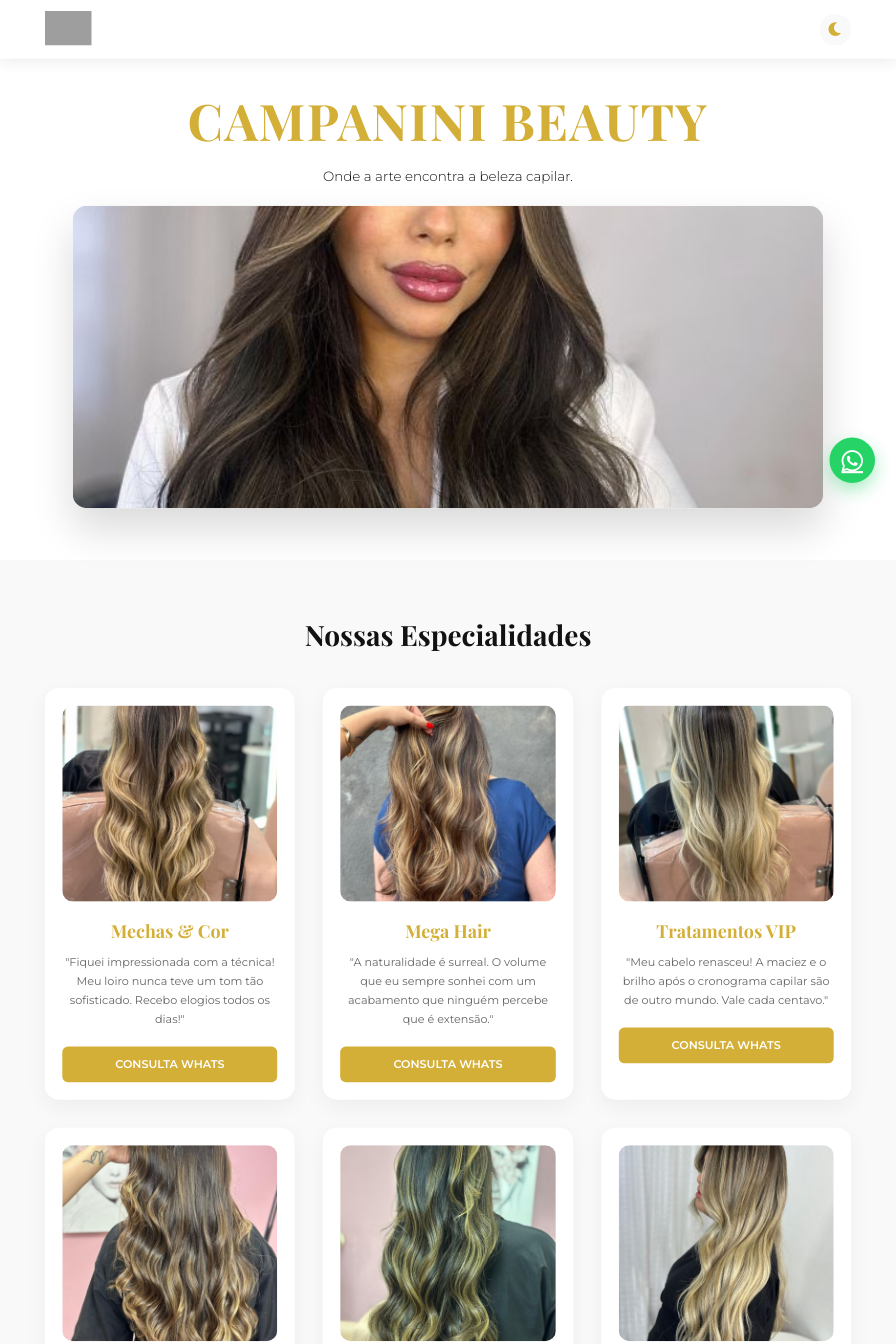
Repository: Sandro1969-tech/campanini-beauty
Page: index.html
These files come from the project's save history. The page is drawn as it stood at one moment and after the next save; the edit follows.
The browser window is 1280 px wide. The pictures show the part of the page from y = 0 to 1920 px (the page is 3564 px tall), at 70% of full size.
Pictures or frames that could not be fetched are drawn as grey boxes. Some web fonts or font styles are not loaded; a fallback is used.

Above is the page before, as saved 2026-02-17 12:05:52.

### index.html
<!DOCTYPE html>
<html lang="pt-br">
<head>
    <meta charset="UTF-8">
    <meta name="viewport" content="width=device-width, initial-scale=1.0">
    <title>Campanini Beauty | Transformação e Brilho</title>
    <link rel="icon" href="assets/image/favicon.png" type="image/png">

    <link href="https://fonts.googleapis.com/css2?family=Montserrat:wght@300;400;600;700&family=Playfair+Display:ital,wght@0,700;1,700&display=swap" rel="stylesheet">
    <link rel="stylesheet" href="https://cdnjs.cloudflare.com/ajax/libs/font-awesome/6.0.0/css/all.min.css">

    <style>
        :root {
            --primary: #d4af37; /* Dourado */
            --dark: #121212;
            --light: #ffffff;
            --gray-bg: #f9f9f9;
            --text-muted: #666;
            --transition: 0.4s cubic-bezier(0.4, 0, 0.2, 1);
        }

        .dark-mode {
            --light: #121212;
            --dark: #ffffff;
            --gray-bg: #1e1e1e;
            --text-muted: #aaa;
        }

        * { margin: 0; padding: 0; box-sizing: border-box; font-family: 'Montserrat', sans-serif; }
        body { background-color: var(--light); color: var(--dark); transition: background var(--transition), color var(--transition); overflow-x: hidden; }

        /* --- Header --- */
        header {
            padding: 15px 5%;
            display: flex;
            justify-content: space-between;
            align-items: center;
            position: sticky;
            top: 0;
            background: var(--light);
            z-index: 1000;
            box-shadow: 0 4px 20px rgba(0,0,0,0.08);
        }

        .logo img { height: 50px; transition: transform 0.3s; }
        .logo img:hover { transform: scale(1.05); }

        .theme-toggle {
            cursor: pointer;
            font-size: 1.4rem;
            color: var(--primary);
            background: var(--gray-bg);
            padding: 10px;
            border-radius: 50%;
            width: 45px;
            height: 45px;
            display: flex;
            align-items: center;
            justify-content: center;
        }

        /* --- Hero Section --- */
        .hero {
            text-align: center;
            padding: 40px 5%;
            max-width: 1200px;
            margin: 0 auto;
        }

        .pulsing-title {
            font-family: 'Playfair Display', serif;
            font-size: clamp(2.5rem, 8vw, 4.5rem);
            margin-bottom: 20px;
            color: var(--primary);
            animation: pulse 2.5s infinite ease-in-out;
            text-transform: uppercase;
            letter-spacing: 2px;
        }
        .main-img {
            width: 100%;
            height: auto;
            max-height: 80vh;
            object-fit: contain;
            border-radius: 15px;
            margin: 20px 0;
            box-shadow: 0 20px 40px rgba(0,0,0,0.15);
        }
        .services-container { padding: 60px 5%; background: var(--gray-bg);
         }
         .sec

        @keyframes pulse {
            0%, 100% { transform: scale(1); text-shadow: 0 0 5px rgba(212, 175, 55, 0.2); }
            50% { transform: scale(1.03); text-shadow: 0 0 25px rgba(212, 175, 55, 0.6); }
        }

        .main-img {
            width: 100%;
            height: clamp(300px, 60vh, 600px);
            object-fit: cover;
            border-radius: 20px;
            margin: 30px 0;
            box-shadow: 0 30px 60px rgba(0,0,0,0.15);
        }

        /* --- Services Grid --- */
        .services-container { padding: 80px 5%; background: var(--gray-bg); }
        .section-title { text-align: center; font-family: 'Playfair Display', serif; font-size: 2.5rem; margin-bottom: 50px; }

        .services-grid {
            display: grid;
            grid-template-columns: repeat(auto-fit, minmax(320px, 1fr));
            gap: 40px;
            max-width: 1200px;
            margin: 0 auto;
        }

        .service-card {
            background: var(--light);
            padding: 25px;
            border-radius: 20px;
            text-align: center;
            transition: transform var(--transition), box-shadow var(--transition);
            box-shadow: 0 10px 30px rgba(0,0,0,0.05);
        }

        .service-card:hover { transform: translateY(-15px); box-shadow: 0 20px 40px rgba(0,0,0,0.12); }

        .service-card img {
            width: 100%;
            height: 280px;
            object-fit: cover;
            border-radius: 15px;
            margin-bottom: 20px;
        }

        .service-card h3 { font-family: 'Playfair Display', serif; font-size: 1.6rem; margin-bottom: 15px; color: var(--primary); }
        .service-card p { font-size: 1rem; color: var(--text-muted); line-height: 1.7; margin-bottom: 25px; min-height: 80px; }

        /* --- Buttons --- */
        .btn-ws {
            display: inline-block;
            padding: 14px 30px;
            background-color: var(--primary);
            color: white;
            text-decoration: none;
            border-radius: 8px;
            font-weight: 600;
            transition: all 0.3s;
            border: 2px solid var(--primary);
            width: 100%;
        }

        .btn-ws:hover { background-color: transparent; color: var(--primary); }

        /* --- Testimonials --- */
        .testimonials { padding: 100px 5%; max-width: 1200px; margin: 0 auto; text-align: center; }
        .testimonial-grid {
            display: grid;
            grid-template-columns: repeat(auto-fit, minmax(280px, 1fr));
            gap: 30px;
            margin-top: 50px;
        }
        .testi-card {
            padding: 40px 20px;
            border: 1px solid var(--primary);
            border-radius: 20px;
            position: relative;
        }
        .testi-img {
            width: 80px;
            height: 80px;
            border-radius: 50%;
            object-fit: cover;
            border: 3px solid var(--primary);
            margin-bottom: 15px;
        }
        .testi-card i { color: var(--primary); font-size: 1.5rem; margin-bottom: 15px; display: block; }
        .testi-card p { font-style: italic; font-size: 0.95rem; }

        /* --- Floating WhatsApp --- */
        .whatsapp-float {
            position: fixed;
            bottom: 30px;
            right: 30px;
            background-color: #25d366;
            color: #FFF;
            border-radius: 50%;
            width: 65px;
            height: 65px;
            display: flex;
            align-items: center;
            justify-content: center;
            font-size: 35px;
            z-index: 2000;
            box-shadow: 0 10px 25px rgba(37, 211, 102, 0.4);
            animation: bounce 2s infinite;
        }

        @keyframes bounce {
            0%, 20%, 50%, 80%, 100% {transform: translateY(0);}
            40% {transform: translateY(-12px);}
        }

        /* --- Footer --- */
        footer { background: #0a0a0a; color: #fff; padding: 60px 5% 30px; text-align: center; }
        .map-container {
            margin: 40px auto;
            max-width: 1000px;
            height: 350px;
            border-radius: 20px;
            overflow: hidden;
            border: 2px solid var(--primary);
        }
        .social-links { font-size: 2.5rem; margin-bottom: 30px; }
        .social-links a { color: var(--primary); transition: 0.3s; }
        .social-links a:hover { transform: scale(1.2); color: white; }

        /* Responsividade Mobile */
        @media (max-width: 600px) {
            header { padding: 10px 20px; }
            .pulsing-title { font-size: 2.2rem; }
            .hero { padding: 40px 20px; }
            .services-grid { grid-template-columns: 1fr; }
            .whatsapp-float { width: 55px; height: 55px; font-size: 30px; right: 20px; bottom: 20px; }
        }
    </style>
</head>
<body>

    <header>
        <div class="logo">
            <img src="assets/image/Logo-campanini.png" alt="Campanini Beauty">
        </div>
        <div class="theme-toggle" onclick="toggleTheme()" title="Trocar modo">
            <i class="fas fa-moon" id="theme-icon"></i>
        </div>
    </header>

    <section class="hero">
        <h1 class="pulsing-title">Campanini Beauty</h1>
        <p style="font-size: 1.2rem; font-weight: 300;">Onde a arte encontra a beleza capilar.</p>
        <img src="assets/image/principal.jpg" alt="Destaque Campanini" class="main-img">
    </section>

    <div class="services-container">
        <h2 class="section-title">Nossas Especialidades</h2>
        <div class="services-grid">
            <div class="service-card">
                <img src="assets/image/imagem1.jpg" alt="Mechas">
                <h3>Mechas & Cor</h3>
                <p>"Fiquei impressionada com a técnica! Meu loiro nunca teve um tom tão sofisticado. Recebo elogios todos os dias!"</p>
                <a href="https://wa.me/5511999999999" class="btn-ws">CONSULTA WHATS</a>
            </div>
            <div class="service-card">
                <img src="assets/image/imagem2.jpg" alt="Mega Hair">
                <h3>Mega Hair</h3>
                <p>"A naturalidade é surreal. O volume que eu sempre sonhei com um acabamento que ninguém percebe que é extensão."</p>
                <a href="https://wa.me/5511999999999" class="btn-ws">CONSULTA WHATS</a>
            </div>
            <div class="service-card">
                <img src="assets/image/imagem3.jpg" alt="Tratamentos">
                <h3>Tratamentos VIP</h3>
                <p>"Meu cabelo renasceu! A maciez e o brilho após o cronograma capilar são de outro mundo. Vale cada centavo."</p>
                <a href="https://wa.me/5511999999999" class="btn-ws">CONSULTA WHATS</a>
            </div>
            <div class="service-card">
                <img src="assets/image/imagem4.jpg" alt="Cortes">
                <h3>Cortes Modernos</h3>
                <p>"O visagismo mudou minha imagem. Um corte que valoriza meu rosto e é super fácil de arrumar em casa!"</p>
                <a href="https://wa.me/5511999999999" class="btn-ws">CONSULTA WHATS</a>
            </div>
            <div class="service-card">
                <img src="assets/image/imagem5.jpg" alt="Alisamentos">
                <h3>Liso Supremo</h3>
                <p>"Finalmente um alisamento que deixa o cabelo com balanço e aspecto saudável. Brilho espelhado maravilhoso!"</p>
                <a href="https://wa.me/5511999999999" class="btn-ws">CONSULTA WHATS</a>
            </div>
            <div class="service-card">
                <img src="assets/image/imagem6.jpg" alt="Escovas">
                <h3>Escovas & Botox</h3>
                <p>"A finalização perfeita. Saio do salão me sentindo uma celebridade pronta para qualquer evento!"</p>
                <a href="https://wa.me/5511999999999" class="btn-ws">CONSULTA WHATS</a>
            </div>
        </div>
    </div>

    <section class="testimonials">
        <h2 class="section-title">Quem Confia</h2>
        <div class="testimonial-grid">
            <div class="testi-card">
                <img src="https://i.pravatar.cc/150?u=1" alt="Cliente 1" class="testi-img">
                <i class="fas fa-quote-left"></i>
                <p>"O melhor salão de São Paulo! O atendimento do Campanini Beauty é impecável e os produtos são de altíssima qualidade."</p>
                <h4 style="margin-top:15px; color: var(--primary);">Mariana Silva</h4>
            </div>
            <div class="testi-card">
                <img src="https://i.pravatar.cc/150?u=2" alt="Cliente 2" class="testi-img">
                <i class="fas fa-quote-left"></i>
                <p>"Fiz reflexo e cortei. O resultado superou todas as minhas expectativas. Me sinto um gatão!"</p>
                <h4 style="margin-top:15px; color: var(--primary);">Julio Costa</h4>
            </div>
            <div class="testi-card">
                <img src="https://i.pravatar.cc/150?u=3" alt="Cliente 3" class="testi-img">
                <i class="fas fa-quote-left"></i>
                <p>"Ambiente luxuoso e profissionais extremamente competentes. É o meu momento favorito da semana."</p>
                <h4 style="margin-top:15px; color: var(--primary);">Fernanda Lima</h4>
            </div>
        </div>
    </section>

    <footer>
        <div class="social-links">
            <a href="https://instagram.com/campaninibeauty" target="_blank"><i class="fab fa-instagram"></i></a>
        </div>
        <p><i class="fas fa-map-marker-alt" style="color:var(--primary)"></i> Rua soldado João Oliveira, 421<br>Bairro Chácara Inglesa, São Paulo</p>

        <div class="map-container">
            <iframe src="https://www.google.com/maps/embed?pb=!1m18!1m12!1m3!1d3655.8828987317785!2d-46.6384288!3d-23.6085188!2m3!1f0!2f0!3f0!3m2!1i1024!2i768!4f13.1!3m3!1m2!1s0x94ce5a3713606f7b%3A0xc07472064166297a!2sR.%20Soldado%20Jo%C3%A3o%20de%20Oliveira%2C%20421%20-%20Ch%C3%A1cara%20Inglesa%2C%20S%C3%A3o%20Paulo%20-%20SP%2C%2004139-011!5e0!3m2!1spt-BR!2sbr!4v1700000000000" width="100%" height="100%" style="border:0;" allowfullscreen="" loading="lazy"></iframe>
        </div>
        <p style="font-size: 0.8rem; opacity: 0.6;">© 2024 Campanini Beauty. Criado com elegância.</p>
    </footer>

    <a href="https://wa.me/5511999999999" class="whatsapp-float" target="_blank">
        <i class="fab fa-whatsapp"></i>
    </a>

    <script>
        function toggleTheme() {
            const body = document.body;
            const icon = document.getElementById('theme-icon');
            body.classList.toggle('dark-mode');

            if (body.classList.contains('dark-mode')) {
                icon.classList.replace('fa-moon', 'fa-sun');
            } else {
                icon.classList.replace('fa-sun', 'fa-moon');
            }
        }
    </script>
</body>
</html>

After the next save:
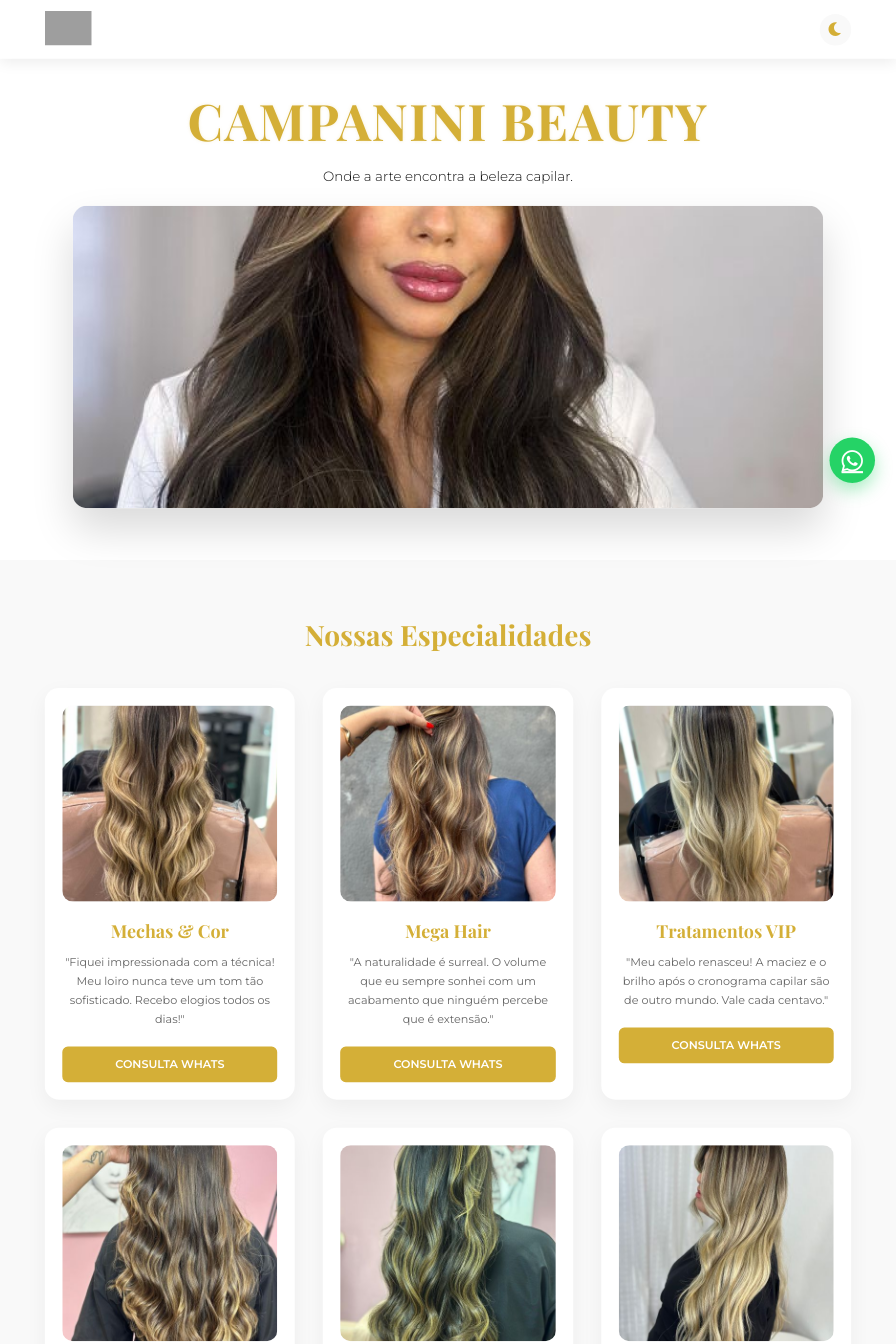
Saved 4 s later.
--- a/index.html
+++ b/index.html
@@ -87,7 +87,7 @@
         }
         .services-container { padding: 60px 5%; background: var(--gray-bg);
          }
-         .sec
+         .section-title { text-align: center; font-family: 'Playfair Display', serif; font-size: 2.5rem; margin-bottom: 50px; color: var(--primary); }
 
         @keyframes pulse {
             0%, 100% { transform: scale(1); text-shadow: 0 0 5px rgba(212, 175, 55, 0.2); }
